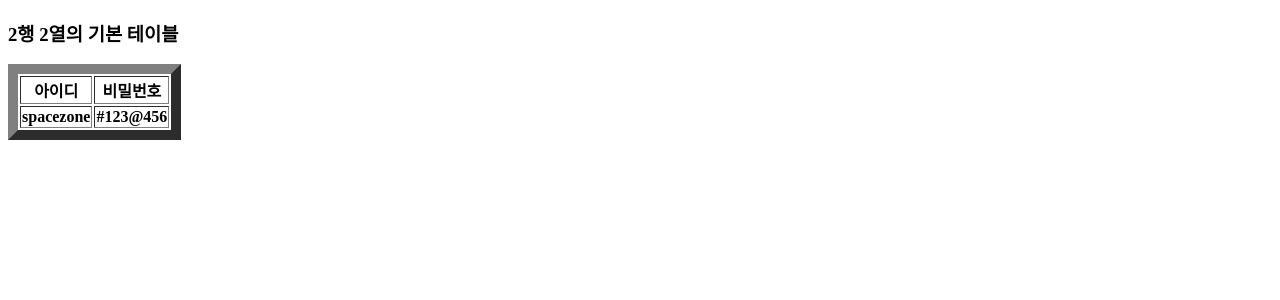
Repository: parkgyutaee/My_JAVA_Project
Page: http://localhost/JSPStudy/table_default.jsp
An editor plug-in stored every save of this project. The page is shown before and after the next save, followed by the edit.
The browser window is 1280 px wide. The pictures show the whole page.
The page is served by Tomcat 9.

Above is the page before, as saved 2025-07-09 06:46:56.

### Workspace/JSPStudy/src/main/webapp/table_default.jsp
<%@ page language="java" contentType="text/html; charset=UTF-8"
    pageEncoding="UTF-8"%>
<!DOCTYPE html>
<html>
<head>
<meta charset="UTF-8">
<title>기본 테이블 생성입니다</title>
</head>
<body>
	<h3> 2행 2열의 기본 테이블</h3>
	<table border = "10">
		<tr>
			<th>아이디</th><th>비밀번호</th>
		</tr>
		<tr>
			<th>spacezone</th><th>#123@456</th>
		</tr>
	</table>

</body>
</html>

After the next save:
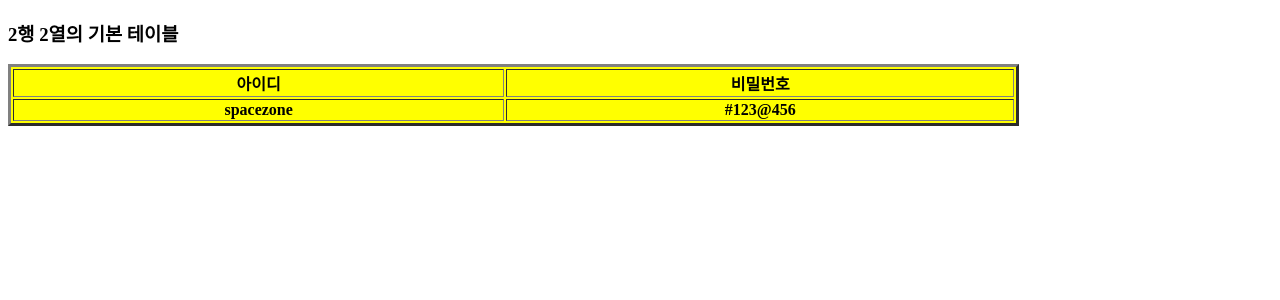
Saved 30 s later.
--- a/Workspace/JSPStudy/src/main/webapp/table_default.jsp
+++ b/Workspace/JSPStudy/src/main/webapp/table_default.jsp
@@ -8,7 +8,7 @@
 </head>
 <body>
 	<h3> 2행 2열의 기본 테이블</h3>
-	<table border = "10">
+	<table border = "3" width = "80%" bgcolor = "yellow">
 		<tr>
 			<th>아이디</th><th>비밀번호</th>
 		</tr>
